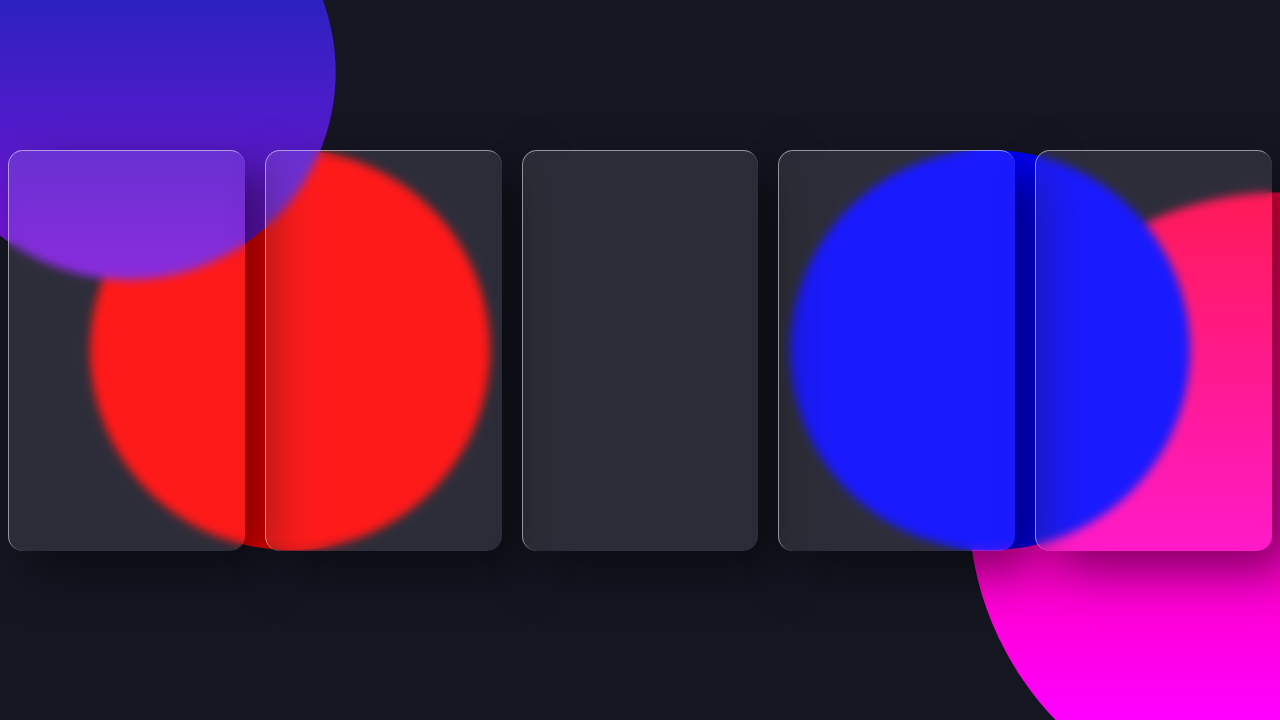
Repository: dovanluyen1996/Test-Git-PR
Page: index.html
The author's editor kept a copy of each file at every save. The page is drawn from the files as they stood at one save, then again after the next save.
The browser window is 1280 px wide. The pictures show the whole page.

Above is the page before, as saved 2021-09-07 00:15:53.

### index.html
<!DOCTYPE html>
<html lang="en">
  <head>
    <meta charset="UTF-8" />
    <meta http-equiv="X-UA-Compatible" content="IE=edge" />
    <meta name="viewport" content="width=device-width, initial-scale=1.0" />
    <title>TestVsCode</title>
    <link rel="stylesheet" href="css/style.css" />
  </head>

  <body>
    <div class="container">
      <div class="test1"></div>
      <div class="test2"></div>
    </div>
    <div class="center">
      <div class="item-center">
        <div class="content">
          <h2>Card Item</h2>
          <p class="text">
            Lorem ipsum dolor sit amet consectetur adipisicing elit. Minima
            corporis rem illum exercitationem architecto veritatis alias nam.
            Excepturi aliquam doloremque minus quibusdam sed, libero quia amet,
            officia rerum sequi expedita!
          </p>
          <a href="javascript:void(0)">Click Me</a>
        </div>
      </div>
      <div class="item-center">
        <div class="content">
          <h2>Card Item</h2>
          <p class="text">
            Lorem ipsum dolor sit amet consectetur adipisicing elit. Minima
            corporis rem illum exercitationem architecto veritatis alias nam.
            Excepturi aliquam doloremque minus quibusdam sed, libero quia amet,
            officia rerum sequi expedita!
          </p>
          <a href="javascript:void(0)">Click Me</a>
        </div>
      </div>
      <div class="item-center">
        <div class="content">
          <h2>Card Item</h2>
          <p class="text">
            Lorem ipsum dolor sit amet consectetur adipisicing elit. Minima
            corporis rem illum exercitationem architecto veritatis alias nam.
            Excepturi aliquam doloremque minus quibusdam sed, libero quia amet,
            officia rerum sequi expedita!
          </p>
          <a href="javascript:void(0)">Click Me</a>
        </div>
      </div>
      <div class="item-center">
        <div class="content">
          <h2>Card Item</h2>
          <p class="text">
            Lorem ipsum dolor sit amet consectetur adipisicing elit. Minima
            corporis rem illum exercitationem architecto veritatis alias nam.
            Excepturi aliquam doloremque minus quibusdam sed, libero quia amet,
            officia rerum sequi expedita!
          </p>
          <a href="javascript:void(0)">Click Me</a>
        </div>
      </div>
      <div class="item-center">
        <div class="content">
          <h2>Card Item</h2>
          <p class="text">
            Lorem ipsum dolor sit amet consectetur adipisicing elit. Minima
            corporis rem illum exercitationem architecto veritatis alias nam.
            Excepturi aliquam doloremque minus quibusdam sed, libero quia amet,
            officia rerum sequi expedita!
          </p>
          <a href="javascript:void(0)">Click Me</a>
        </div>
      </div>
    </div>
  </body>
</html>

### css/style.css
body {
  background: #161623;
}
body::before {
  content: "";
  position: absolute;
  top: 0;
  left: 0;
  width: 100%;
  height: 100%;
  background: linear-gradient(#f00, #f0f);
  clip-path: circle(30% at right 70%);
}
body::after {
  content: "";
  position: absolute;
  top: 0;
  left: 0;
  width: 100%;
  height: 100%;
  background: linear-gradient(rgb(44, 33, 192), #f0f);
  clip-path: circle(20% at 10% 10%);
}
.container {
  width: 1100px;
  margin: 0 auto;
  position: relative;
}
.test1 {
  width: 400px;
  height: 400px;
  background-color: red;
  border-radius: 50%;
  position: absolute;
}
.test2 {
  width: 400px;
  height: 400px;
  background-color: blue;
  border-radius: 50%;
  position: absolute;
  right: 0;
}
.center {
  margin-top: 150px;
  position: relative;
  z-index: 999;
  display: flex;
  column-gap: 20px;
  justify-content: center;
  align-items: center;
  color: white;
}
.item-center {
  overflow: hidden;
  width: 250px;
  height: 400px;
  text-align: center;
  border-radius: 15px;
  border-top: 1px solid rgba(255, 255, 255, 0.5);
  border-left: 1px solid rgba(255, 255, 255, 0.5);
  box-shadow: 20px 20px 50px rgba(0, 0, 0, 0.5);
  background: rgba(255, 255, 255, 0.1);
  backdrop-filter: blur(5px);
}
.item-center p {
  font-weight: 300;
}
.item-center a {
  text-decoration: none;
  color: #fff;
  display: inline-block;
  padding: 8px 20px;
  background-color: #fff;
  color: black;
  border-radius: 20px;
  font-weight: 500;
}
.item-center .content {
  transform: translateY(100px);
  opacity: 0;
  transition: 0.5s;
}
/* .item-center:hover .content {
  transform: translateY(0px);
  opacity: 1;
} */

After the next save:
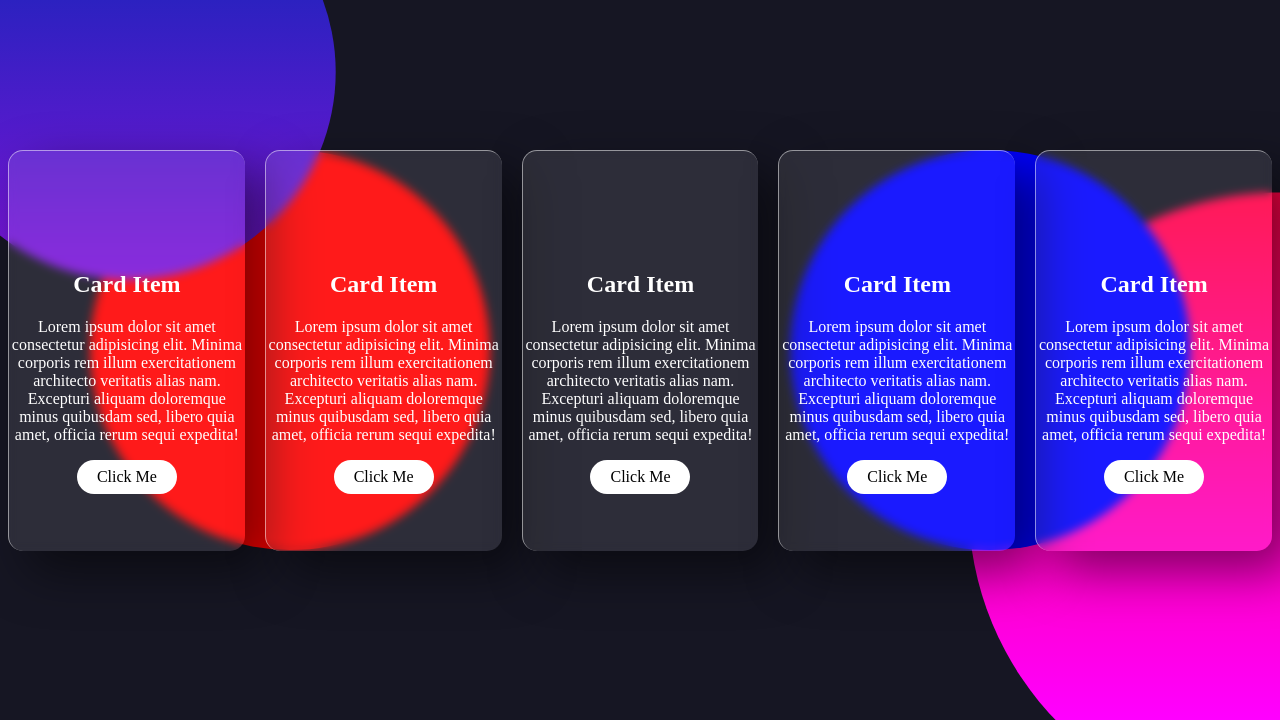
Saved 4 s later.
--- a/css/style.css
+++ b/css/style.css
@@ -78,7 +78,7 @@ body::after {
 }
 .item-center .content {
   transform: translateY(100px);
-  opacity: 0;
+  opacity: 1;
   transition: 0.5s;
 }
 /* .item-center:hover .content {
